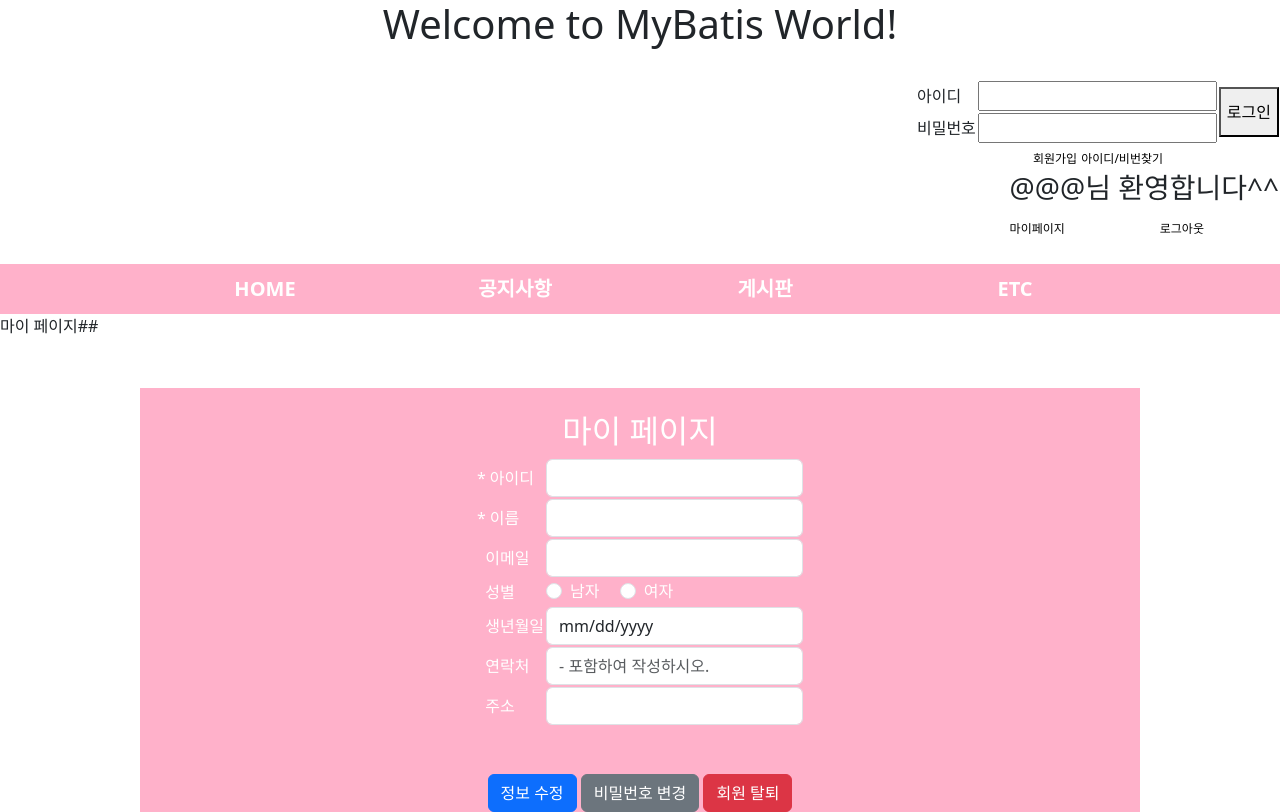
Repository: Kim-ilhyeon/framework-mybatis
Page: http://localhost/MybatisProject/mypage.me
These files come from the project's save history. The page is drawn as it stood at one moment and after the next save; the edit follows.
The browser window is 1280 px wide. The pictures show the whole page.
The page is served by Tomcat 9.

Above is the page before, as saved 2025-03-25 02:42:08.

After the next save:
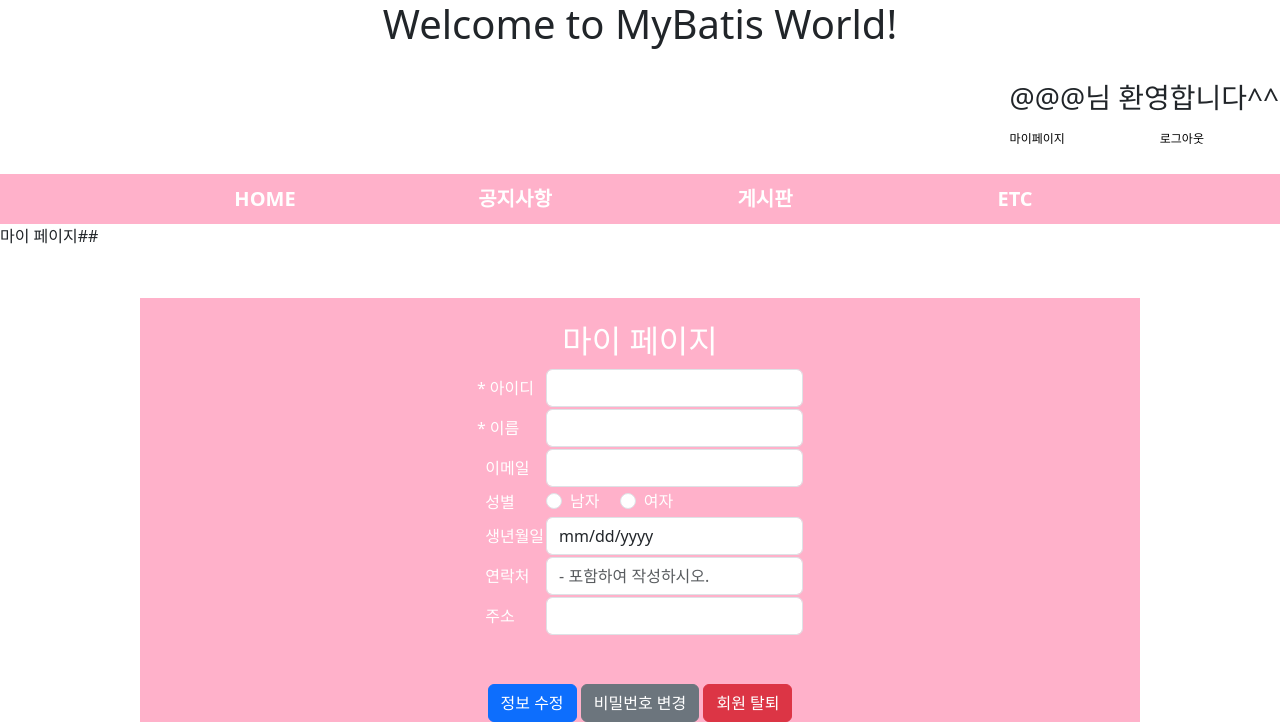
Saved 109 s later.
--- a/MybatisProject/webapp/WEB-INF/views/common/menubar.jsp
+++ b/MybatisProject/webapp/WEB-INF/views/common/menubar.jsp
@@ -41,6 +41,8 @@
 	<h1 align="center">Welcome to MyBatis World!</h1>
 	<br>
 	<div class="login-area" align="right">
+		<c:choose>
+			<c:when test="">
 		<!-- 로그인 전 표시할 부분 -->
 		<form action="" method="post">
 			<table>
@@ -61,7 +63,9 @@
 				</tr>
 			</table>
 		</form>
+			</c:when>
 
+			<c:otherwise>
 		<!-- 로그인 후 표시할 부분 -->
 		<div>
 			<table>
@@ -77,6 +81,8 @@
 			</table>
 		</div>
 	</div>
+			</c:otherwise>
+		</c:choose>
 
 	<br>
 
